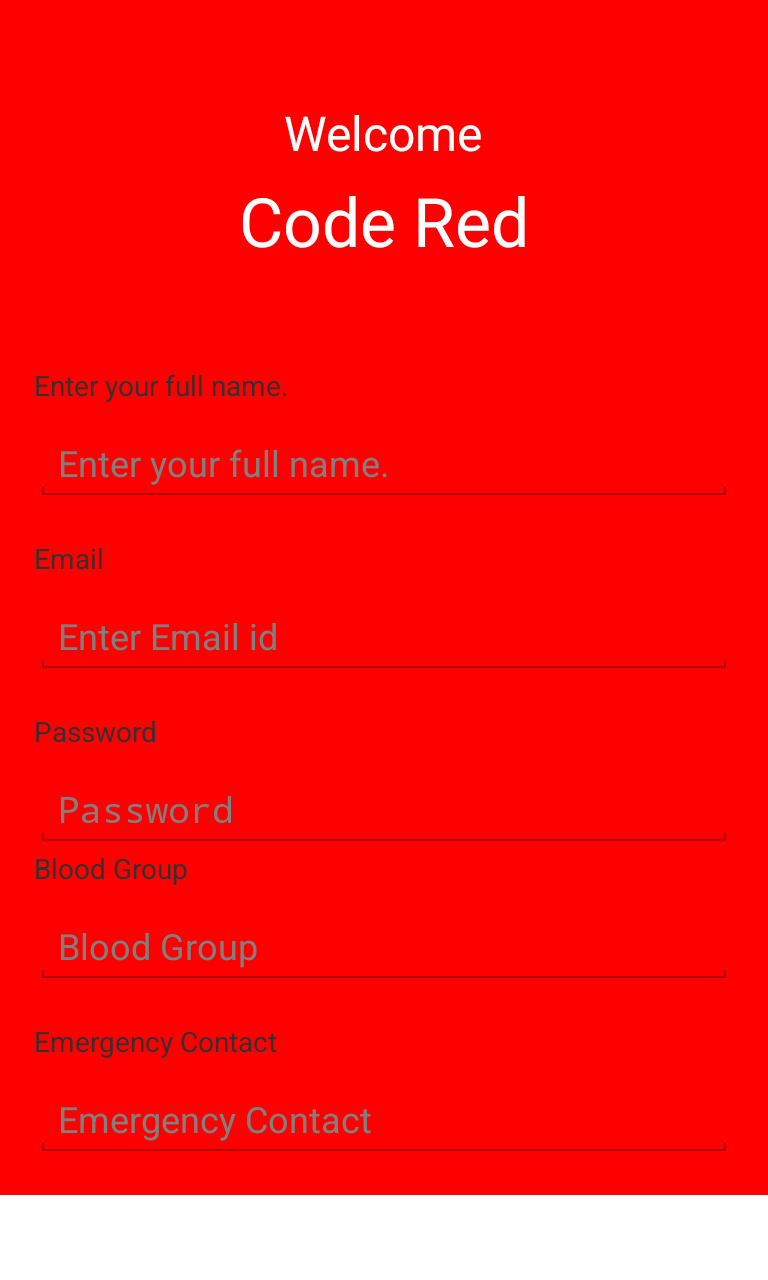
Repository: coderedteam/codered
Layout: AndroidSourceCode/CodeRed/res/layout/activity_registeration.xml
The author's editor kept a copy of each file at every save. The layout is drawn from the files as they stood at one save, then again after the next save.
It is drawn on a 768 x 1280 px phone screen (xhdpi) without system bars, with theme AppTheme; the app's code is not run.

Above is the layout before, as saved 2014-11-27 11:13:48.

After the next save:
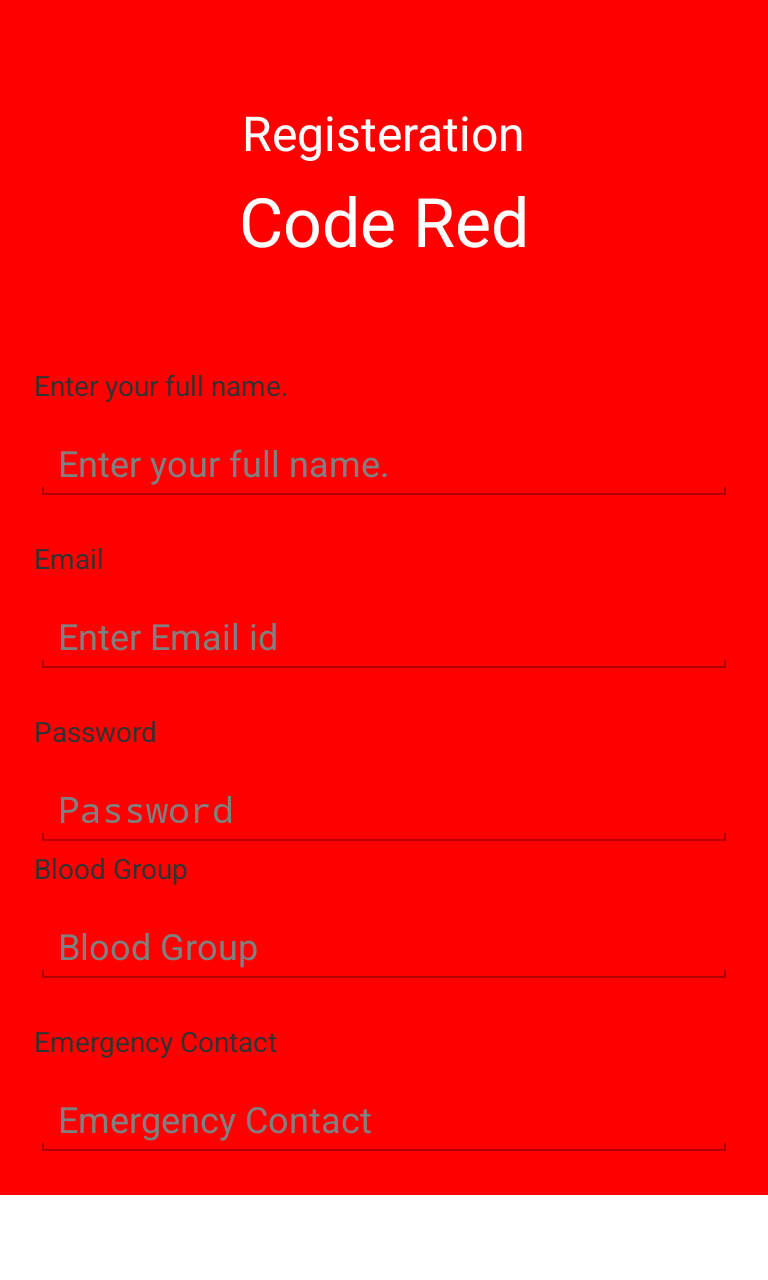
Saved 69 s later.
--- a/AndroidSourceCode/CodeRed/res/layout/activity_registeration.xml
+++ b/AndroidSourceCode/CodeRed/res/layout/activity_registeration.xml
@@ -24,7 +24,7 @@
                 android:layout_height="wrap_content"
                 android:layout_gravity="center_horizontal"
                 android:layout_marginTop="50dip"
-                android:text="@string/lblWelcome"
+                android:text="@string/txtRegisteration"
                 android:textColor="@color/white"
                 android:textSize="24sp" />
 
